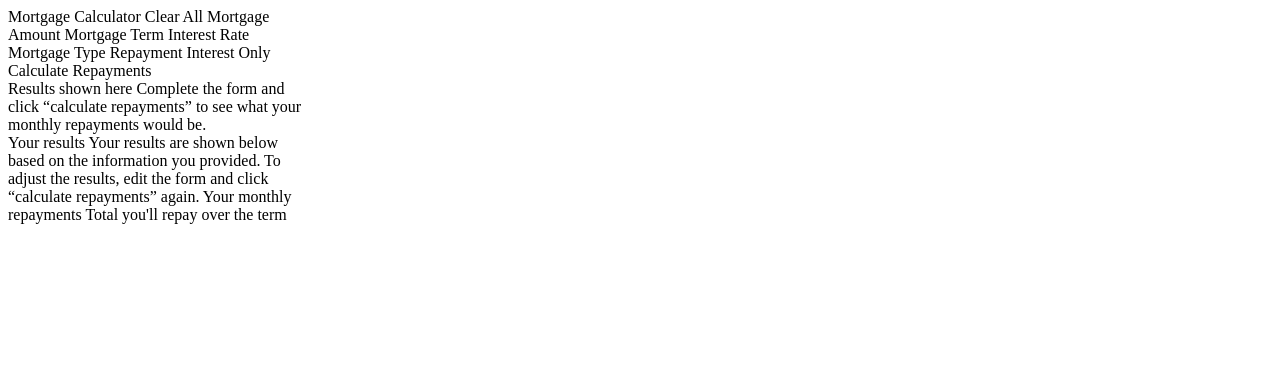
Repository: GravielPV/Mortgage-repayment-calculator
Page: index.html
The author's editor kept a copy of each file at every save. The page is drawn from the files as they stood at one save, then again after a run of saves.
The browser window is 1280 px wide. The pictures show the whole page.

Above is the page before, as saved 2025-12-11 16:40:54.

### index.html
<!DOCTYPE html>
<html lang="en">
<head>
  <meta charset="UTF-8">
  <meta name="viewport" content="width=device-width, initial-scale=1.0"> <!-- displays site properly based on user's device -->

  <link rel="icon" type="image/png" sizes="32x32" href="./assets/images/favicon-32x32.png">
  <link rel="stylesheet" href="styles.css">
  <title>Frontend Mentor | Mortgage repayment calculator</title>


</head>
<body>
  <div class="carta">

    <div class="lado izquierdo">

  Mortgage Calculator
  Clear All

  Mortgage Amount

  Mortgage Term

  Interest Rate

  Mortgage Type
  Repayment
  Interest Only

  Calculate Repayments
  </div>

  <!-- Empty results start -->

  <div class="lado derecho">

  Results shown here

  Complete the form and click “calculate repayments” to see what
  your monthly repayments would be.
  </div>

  <!-- Empty results end -->

  <!-- Completed results start -->

  <div class="resultado">
  Your results

  Your results are shown below based on the information you provided.
  To adjust the results, edit the form and click “calculate repayments” again.

  Your monthly repayments

  Total you'll repay over the term
  </div>

  </div>

  <!-- Completed results end -->

</body>
</html>

### styles.css
.carta{
    width: 300px;
    height: 300px;

}

After the next 4 saves:
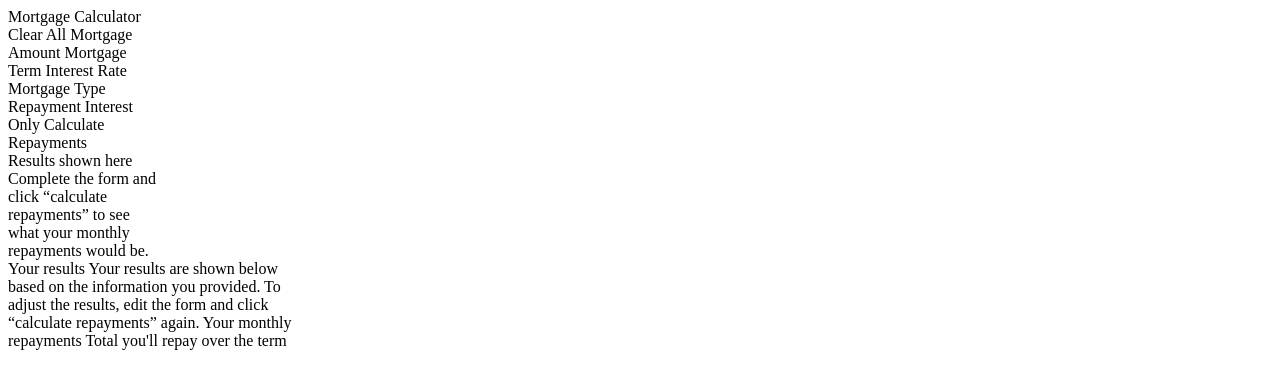
The 4 saves are shown as one change because they came seconds apart.
The last was saved 13 s later.
--- a/styles.css
+++ b/styles.css
@@ -3,3 +3,8 @@
     height: 300px;
 
 }
+
+.lado{
+    width: 50%;
+    display: flex;
+}
